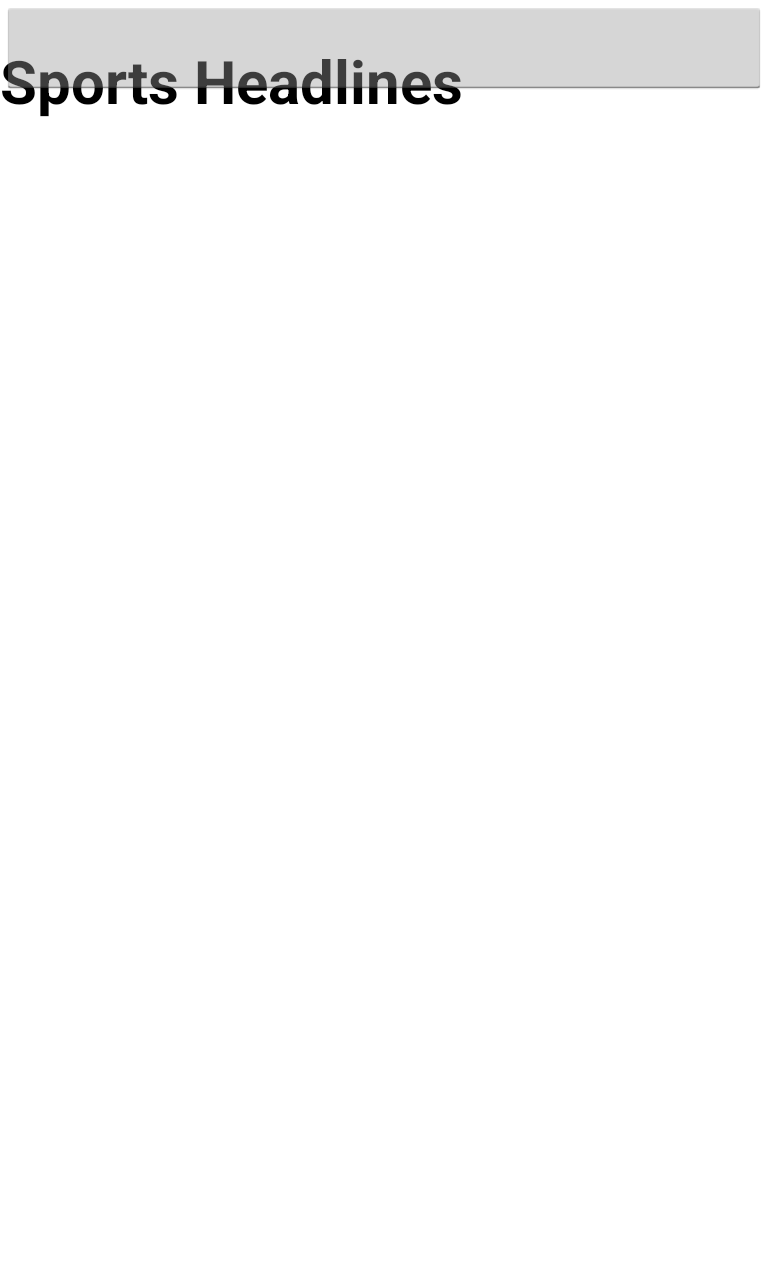
Repository: jbentley313/java2_Bentley2
Layout: sportsHeadlines/res/layout/activity_main.xml
An editor plug-in stored every save of this project. The layout is shown before and after the next save, followed by the edit.
It is drawn on a 768 x 1280 px phone screen (xhdpi) without system bars, with theme AppTheme; the app's code is not run.

Above is the layout before, as saved 2014-01-08 00:05:21.

### sportsHeadlines/res/layout/activity_main.xml
<RelativeLayout xmlns:android="http://schemas.android.com/apk/res/android"
    xmlns:tools="http://schemas.android.com/tools"
    android:layout_width="fill_parent"
    android:layout_height="wrap_content"
    android:orientation="vertical" >

    <TextView
        android:id="@+id/titleTextView"
        android:layout_width="match_parent"
        android:layout_height="fill_parent"
        android:text="@string/sports_headlines"
        style="@style/TitleStyle"/>

    <Button
        android:id="@+id/firstButton"
        android:layout_width="match_parent"
        android:layout_height="wrap_content"
        />

</RelativeLayout>

### sportsHeadlines/res/values/styles.xml
<resources xmlns:android="http://schemas.android.com/apk/res/android">

    <!--
        Base application theme, dependent on API level. This theme is replaced
        by AppBaseTheme from res/values-vXX/styles.xml on newer devices.
    -->
    <style name="AppBaseTheme" parent="android:Theme.Light">
        <!--
            Theme customizations available in newer API levels can go in
            res/values-vXX/styles.xml, while customizations related to
            backward-compatibility can go here.
        -->
    </style>

    <!-- Application theme. -->
    <style name="AppTheme" parent="AppBaseTheme">
        <!-- All customizations that are NOT specific to a particular API-level can go here. -->
    </style>

    <style name="TitleStyle">
        <item name="android:textStyle">bold</item>
        <item name="android:textColor">@android:color/black</item>
        <item name="android:textSize">30sp</item>
        <item name="android:paddingTop">20sp</item>
    </style>

</resources>

### sportsHeadlines/res/values/strings.xml
<?xml version="1.0" encoding="utf-8"?>
<resources>

    <string name="app_name">sportsHeadlines</string>
    <string name="action_settings">Settings</string>
    <string name="hello_world">Hello world!</string>
    <string name="sports_headlines">Sports Headlines</string>

</resources>

Loaded but not shown: sportsHeadlines/res/values-v11/styles.xml (common file); sportsHeadlines/res/values-v14/styles.xml (common file)

After the next save:
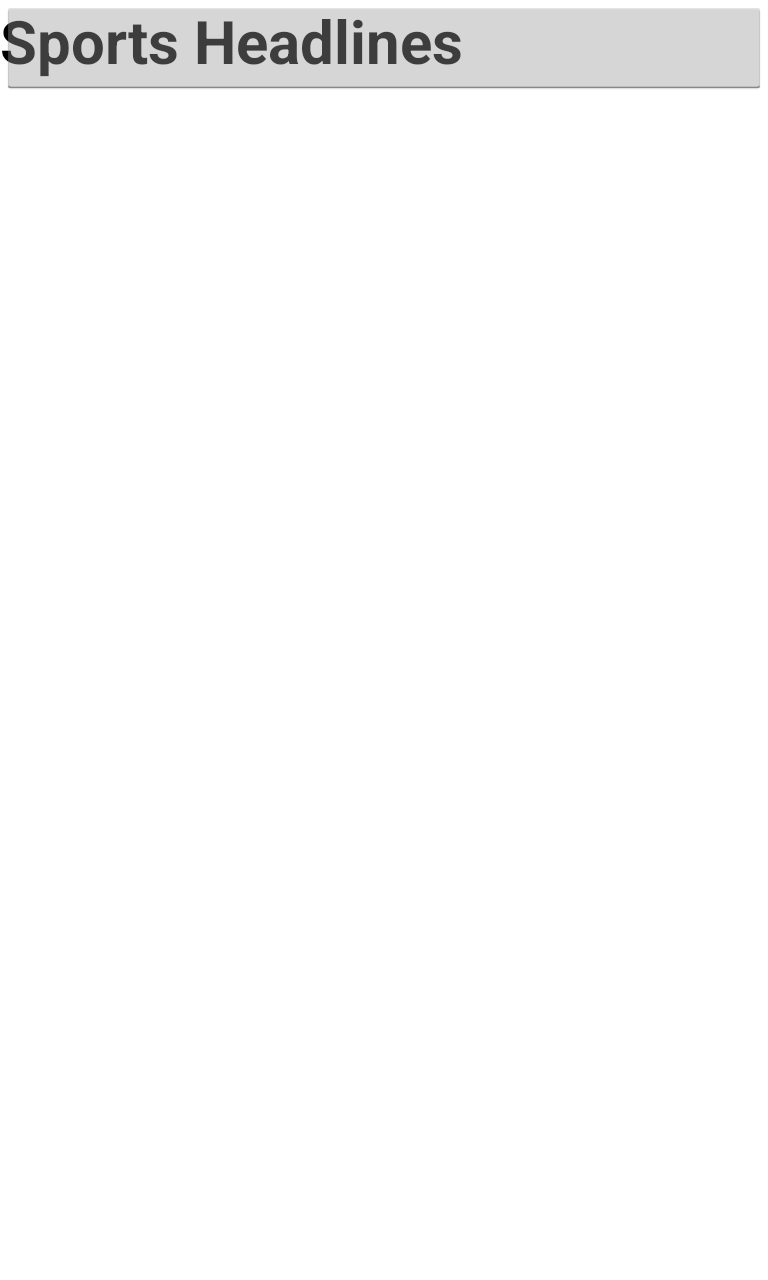
Saved 44 s later.
--- a/sportsHeadlines/res/values/styles.xml
+++ b/sportsHeadlines/res/values/styles.xml
@@ -21,7 +21,7 @@
         <item name="android:textStyle">bold</item>
         <item name="android:textColor">@android:color/black</item>
         <item name="android:textSize">30sp</item>
-        <item name="android:paddingTop">20sp</item>
+
     </style>
 
 </resources>
